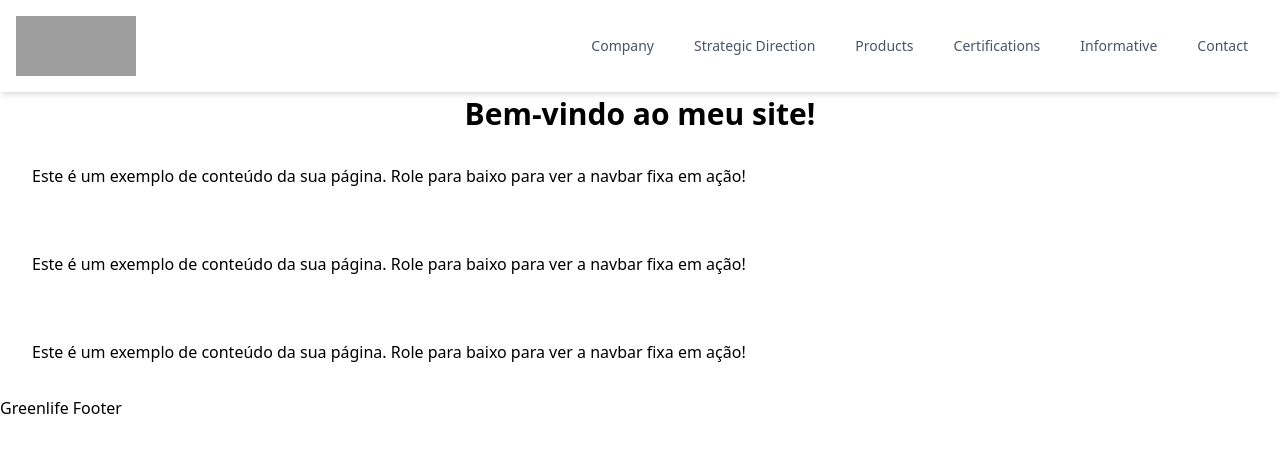
Repository: estevam02009/greenlife
Page: /
The author's editor kept a copy of each file at every save. The page is drawn from the files as they stood at one save, then again after the next save.
The browser window is 1280 px wide. The pictures show the whole page.
Pictures or frames that could not be fetched are drawn as grey boxes. The project was rebuilt for these pictures with package versions that can differ from the ones it lists, and the page was loaded fresh each time. Also part of the build but not shown: vite.config.js, src/App.css.

Above is the page before, as saved 2025-07-23 12:51:40.

After the next save:
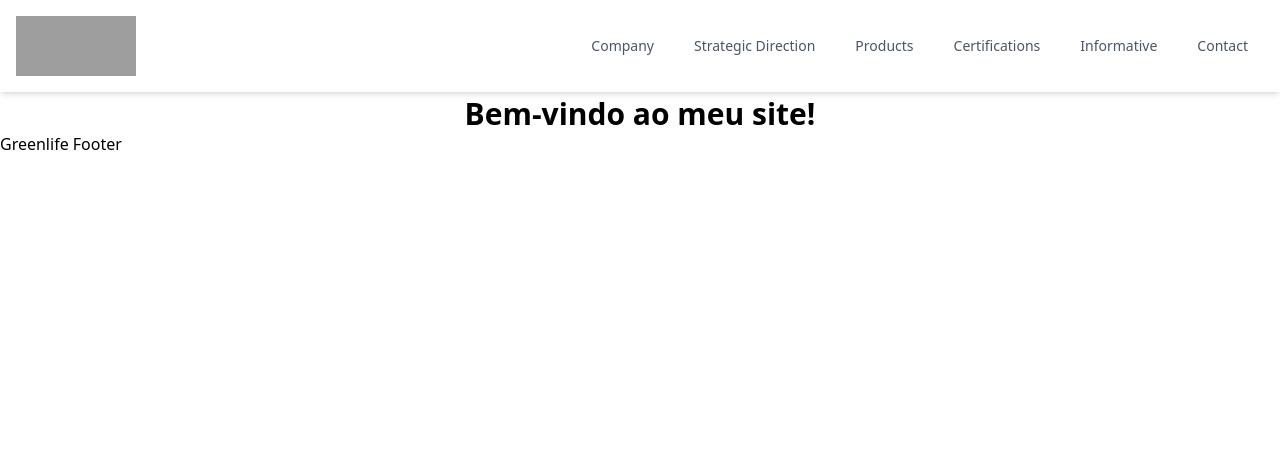
Saved 19 s later.
--- a/src/App.jsx
+++ b/src/App.jsx
@@ -9,10 +9,7 @@
       <Navbar />
       <main className='pt-16'>
         <h1 className="text-3xl font-bold text-center mt-8">Bem-vindo ao meu site!</h1>
-        {/* Mais conteúdo da sua página */}
-        <p className="p-8">Este é um exemplo de conteúdo da sua página. Role para baixo para ver a navbar fixa em ação!</p>
-        <p className="p-8">Este é um exemplo de conteúdo da sua página. Role para baixo para ver a navbar fixa em ação!</p>
-        <p className="p-8">Este é um exemplo de conteúdo da sua página. Role para baixo para ver a navbar fixa em ação!</p>
+
       </main>
       <Footer />
     </div>
